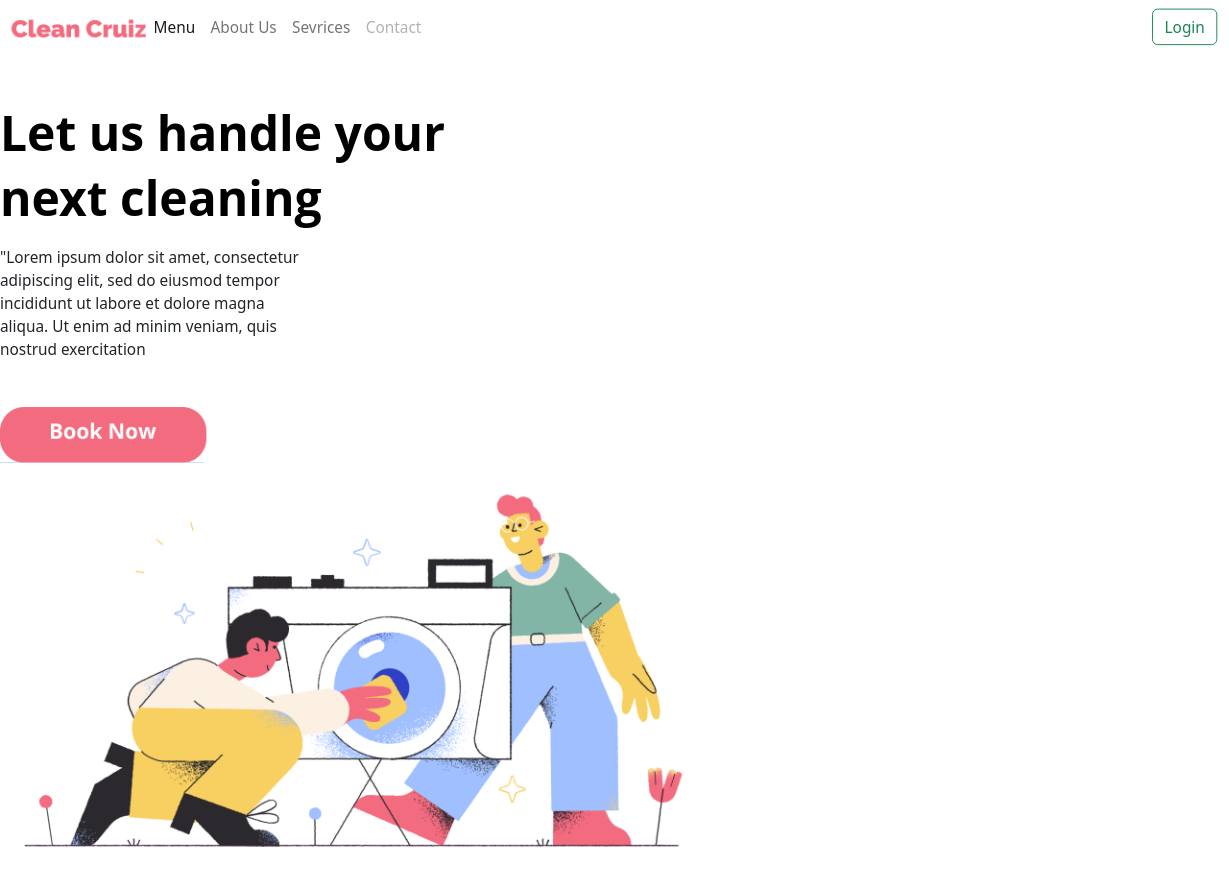
Repository: uy022/QuocUybaitapgiuaki
Page: index.html
These files come from the project's save history. The page is drawn as it stood at one moment and after the next save; the edit follows.
The browser window is 1280 px wide. The pictures show the whole page, at 96% of full size.

Above is the page before, as saved 2022-08-30 19:18:40.

### index.html
<!DOCTYPE html>
<html>
    <head>
        <title> Bài tập giữa kỳ </title>
        <link href="node_modules/bootstrap/dist/css/bootstrap.min.css" rel="stylesheet" />
       <link rel="stylesheet" href="./css/style1.css">
    </head>
    <body>

        <div class="menu">
            <nav class="navbar navbar-expand-lg menu1">
                <div class="container-fluid">
                  <div class="logo">
                    <img src="./imgs/Clean Cruiz LOGO 1.png" alt="">
                  </div>
                  <button class="navbar-toggler" type="button" data-bs-toggle="collapse" data-bs-target="#navbarSupportedContent" aria-controls="navbarSupportedContent" aria-expanded="false" aria-label="Toggle navigation">
                    <span class="navbar-toggler-icon"></span>
                  </button>
                  <div class="collapse navbar-collapse" id="navbarSupportedContent">
                    <ul class="navbar-nav me-auto  mb-2 mb-lg-0">
                      <li class="nav-item">
                        <a class="nav-link active" aria-current="page" href="#">Menu</a>
                      </li>
                      <li class="nav-item">
                        <a class="nav-link" href="#">About Us</a>
                      </li>
                      <li class="nav-item">
                        <a class="nav-link" href="#">Sevrices</a>
                      </li>
                      <li class="nav-item">
                        <a class="nav-link disabled">Contact</a>
                      </li>
                    </ul>
                    <form class="d-flex" >
                      <button class="btn btn-outline-success" type="submit">Login</button>
                    </form>
                  </div>
                </div>
              </nav>
        </div>

        <div class="">


        <div class="col-6 mt-5 let ">
          <p>Let us handle your <br> next cleaning</p>
        </div>

        <div class="col-3 ">
          "Lorem ipsum dolor sit amet, consectetur adipiscing elit, sed do eiusmod tempor incididunt ut labore et dolore magna aliqua. Ut enim ad minim veniam, quis nostrud exercitation
        </div>

        <div class="col-3 mt-5">
          <img src="./imgs/Book now.png" alt="">
        </div>

        <div class="col-md-2 col-sm-6 bg-primary">
          <img src="./imgs/Illustration 1 1.png" alt="">
        </div>
      </div>

    </body>
    <script src="/node_modules/bootstrap/dist/js/bootstrap.min.js"> </script>
</html>

### css/style1.css
.let{
    font-family: 'Open Sans';
font-style: normal;
font-weight: 700;
font-size: 50px;
line-height: 68px;
color: #000000;
}
.fone{
    font-family: 'Open Sans';
font-style: normal;
font-weight: 300;
font-size: 16px;
line-height: 22px;

color: #000000;

}

Loaded but not shown: node_modules/bootstrap/dist/css/bootstrap.min.css (library); node_modules/bootstrap/dist/js/bootstrap.min.js (library)

After the next save:
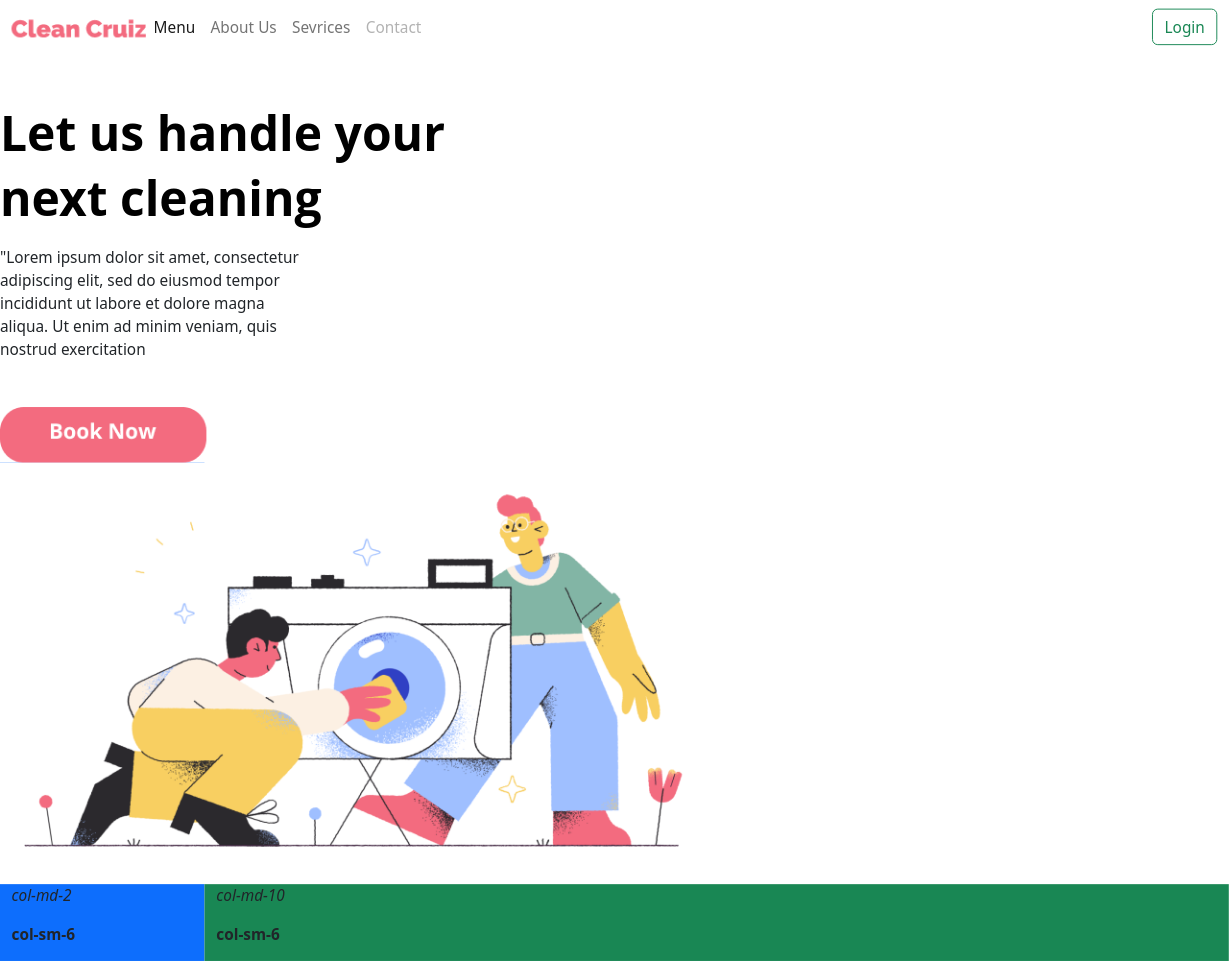
Saved 2 min 20 s later.
--- a/index.html
+++ b/index.html
@@ -59,6 +59,19 @@
         </div>
       </div>
 
+      <div class= "container-fluid">
+        <div class= "row">
+           <div class ="col-md-2 col-sm-6 bg-primary">
+             <p style="font-style:italic;">col-md-2</p>
+             <p style="font-weight:bold;">col-sm-6</p>
+           </div>
+           <div class ="col-md-10 col-sm-6 bg-success">
+              <p style="font-style:italic;">col-md-10</p>
+              <p style="font-weight:bold;">col-sm-6</p>
+           </div>
+        </div>
+     </div>
+
     </body>
     <script src="/node_modules/bootstrap/dist/js/bootstrap.min.js"> </script>
 </html>
